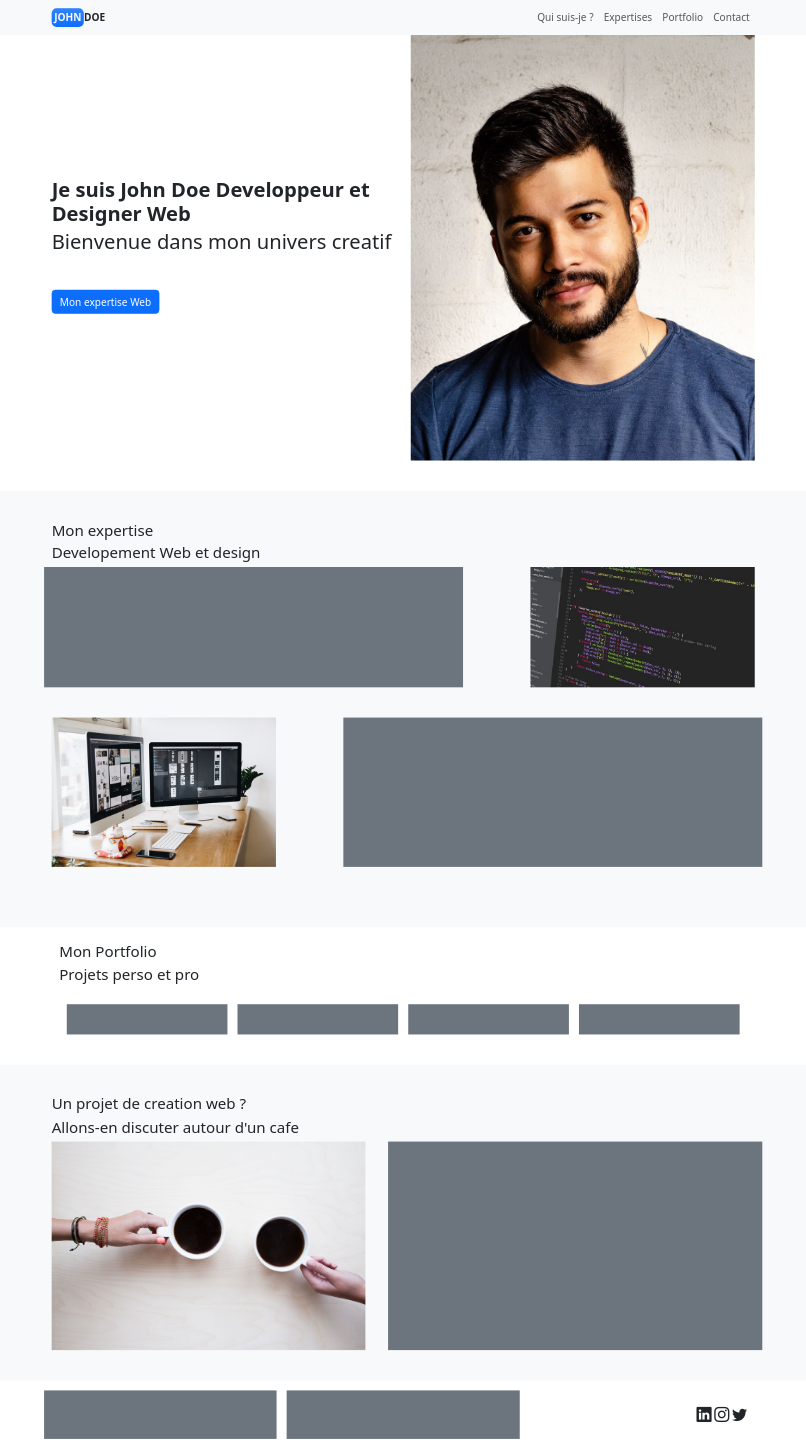
Repository: wadelfadill/Bootstrap_tache_1_portfolio
Page: index.html
The author's editor kept a copy of each file at every save. The page is drawn from the files as they stood at one save, then again after the next save.
The browser window is 1280 px wide. The pictures show the whole page, at 63% of full size.
Some web libraries are served in a nearby version.

Above is the page before, as saved 2023-03-28 12:43:13.

### index.html
<!DOCTYPE html>
<html lang="en">
<head>
    <meta charset="UTF-8">
    <meta http-equiv="X-UA-Compatible" content="IE=edge">
    <meta name="viewport" content="width=device-width, initial-scale=1.0">
    <title>Portfolio_Bootstrap</title>
    <link href="https://cdn.jsdelivr.net/npm/bootstrap@5.3.0-alpha2/dist/css/bootstrap.min.css" rel="stylesheet" integrity="sha384-aFq/bzH65dt+w6FI2ooMVUpc+21e0SRygnTpmBvdBgSdnuTN7QbdgL+OapgHtvPp" crossorigin="anonymous">
    <link rel="stylesheet" href="https://cdn.jsdelivr.net/npm/bootstrap-icons@1.5.0/font/bootstrap-icons.css">
    <link rel="stylesheet" href="https://cdnjs.cloudflare.com/ajax/libs/font-awesome/5.15.4/css/all.min.css" integrity="sha512-1ycn6IcaQQ40/MKBW2W4Rhis/DbILU74C1vSrLJxCq57o941Ym01SwNsOMqvEBFlcgUa6xLiPY/NS5R+E6ztJQ==" crossorigin="anonymous" referrerpolicy="no-referrer" />
    <link rel="stylesheet" href="style.css">
    <!-- Font Awesome -->
    <script src="https://kit.fontawesome.com/14273d579a.js" crossorigin="anonymous"></script>
</head>
<body>
    <header>
        <nav class="navbar navbar-expand-md bg-light navbar-light container-fluid fixed-top">
            <div class="container">
                <a href="/index.html" class="nav-brand text-uppercase fw-bolder link-dark link-underline-opacity-0">
                    <span class="bg-primary bg-gradient p-1 rounded-3 text-light">JOHN</span>DOE
                </a>
                <button class="navbar-toggler" type="button" data-bs-toggle="collapse" data-bs-target="#navbarNav" aria-controls="navbarNav" aria-expanded="false" aria-label="Toggle navigation">
                    <span class="navbar-toggler-icon"></span>
                </button>
                <div class="collapse navbar-collapse justify-content-end" id="navbarNav">
                    <ul class="navbar-nav">
                        <li class="nav-item">
                            <a class="nav-link" href="#johndoe">Qui suis-je ?</a>
                        </li>
                        <li class="nav-item">
                            <a class="nav-link" href="#expertise">Expertises</a>
                        </li>
                        <li class="nav-item">
                            <a class="nav-link" href="#portfolio">Portfolio</a>
                        </li>
                        <li class="nav-item">
                            <a class="nav-link" href="#contact">Contact</a>
                        </li>
                    </ul>
                </div>
            </div>
        </nav>
    </header>
    <main>
        <section class="my-5">
            <div class="container">
                <div class="row gy-4 gy-md-0 align-items-center">
                    <div class="col-12 col-md-6 py-5 py-md-0">
                        <p class="h2 fw-bold">Je suis John Doe Developpeur et Designer Web</p>
                        <p class="h2 fw-light">Bienvenue dans mon univers creatif</p>
                        <a class="btn btn-primary mt-5" href="#expertise" role="button">Mon expertise Web</a>

                    </div>
                    <div class="col-12 col-md-6">
                        <img src="img/portrait.jpg" alt="profile de Jhon Doe" class="w-100">
                    </div>
                </div>
            </div>
        </section>
        <section>
            <div class="container-fluid bg-light py-5 mt-5">
                <div class="container">
                 <p class="h4 .fs-3 .fs-md-2" id="expertise">Mon expertise</p>
                 <p class="h4 .fs-3 .fs-md-2">Developement Web et design</p>
                <div class="row gy-4 gy-md-0">
                    <div class="col-12 col-md-7 bg-secondary p-5">

                    </div>
                    <div class="col-12 col-md-4 offset-md-1">
                        <img src="img/code.jpg" alt="" class="w-100">
                    </div>
                </div>
                <div class="row my-5 gy-4 gy-md-0">
                    <div class="col-12 col-md-4">
                        <img src="img/design.jpg" alt="" class="w-100">
                    </div>
                    <div class="col-12 col-md-7 bg-secondary offset-md-1 p-5">

                    </div>
                </div>
             </div>
            </div>

        </section>
        <section class="container">
            <div class="container my-4">
                <p class="h4 .fs-3 .fs-md-2" id="portfolio">Mon Portfolio</p>
                <p class="h4 .fs-3 .fs-md-2">Projets perso et pro</p>
                <div class="row gap-3 p-4">
                    <div class="col-12 col-md bg-secondary py-4"></div>
                    <div class="col-12 col-md bg-secondary py-4"></div>
                    <div class="col-12 col-md bg-secondary py-4"></div>
                    <div class="col-12 col-md bg-secondary py-4"></div>
                </div>
            </div>
        </section>
        <section class="p-5 bg-light">
            <div class="container">
                <p class="h4 .fs-3 .fs-md-2" id="contact">Un projet de creation web ?</p>
                <p class="h4 .fs-3 .fs-md-2">Allons-en discuter autour d'un cafe</p>
                <div class="row gap-4 gy-4 gy-md-0">
                    <div class="col-12 col-md">
                        <img src="img/grab-a-coffee.jpg" class="w-100" alt="">
                    </div>
                    <div class="col-12 col-md bg-secondary p-5"></div>
                </div>
            </div>
        </section>
    </main>
    <footer>
        <div class="container">
            <div class="row gap-3 py-3">
                <div class="col-12 col-md p-4 bg-secondary"></div>
                <div class="col-12 col-md p-4 bg-secondary"></div>
                <div class="col-12 col-md p-4 text-md-end">
                    <a href="#" target="_blank" class="link-dark link-underline-opacity-0">
                        <i class="bi bi-linkedin h4"></i>
                    </a>
                    <a href="#" target="_blank" class="link-dark link-underline-opacity-0">
                        <i class="bi bi-instagram h4"></i>
                    </a>
                    <a href="#" target="_blank" class="link-dark link-underline-opacity-0">
                        <i class="bi bi-twitter h4"></i>
                    </a>
                </div>
            </div>
        </div>
    </footer>
    <script src="https://cdn.jsdelivr.net/npm/bootstrap@5.3.0-alpha2/dist/js/bootstrap.bundle.min.js" integrity="sha384-qKXV1j0HvMUeCBQ+QVp7JcfGl760yU08IQ+GpUo5hlbpg51QRiuqHAJz8+BrxE/N" crossorigin="anonymous"></script>

</body>
</html>

Loaded but not shown: style.css (no stored copy; drawn as an empty file)

After the next save:
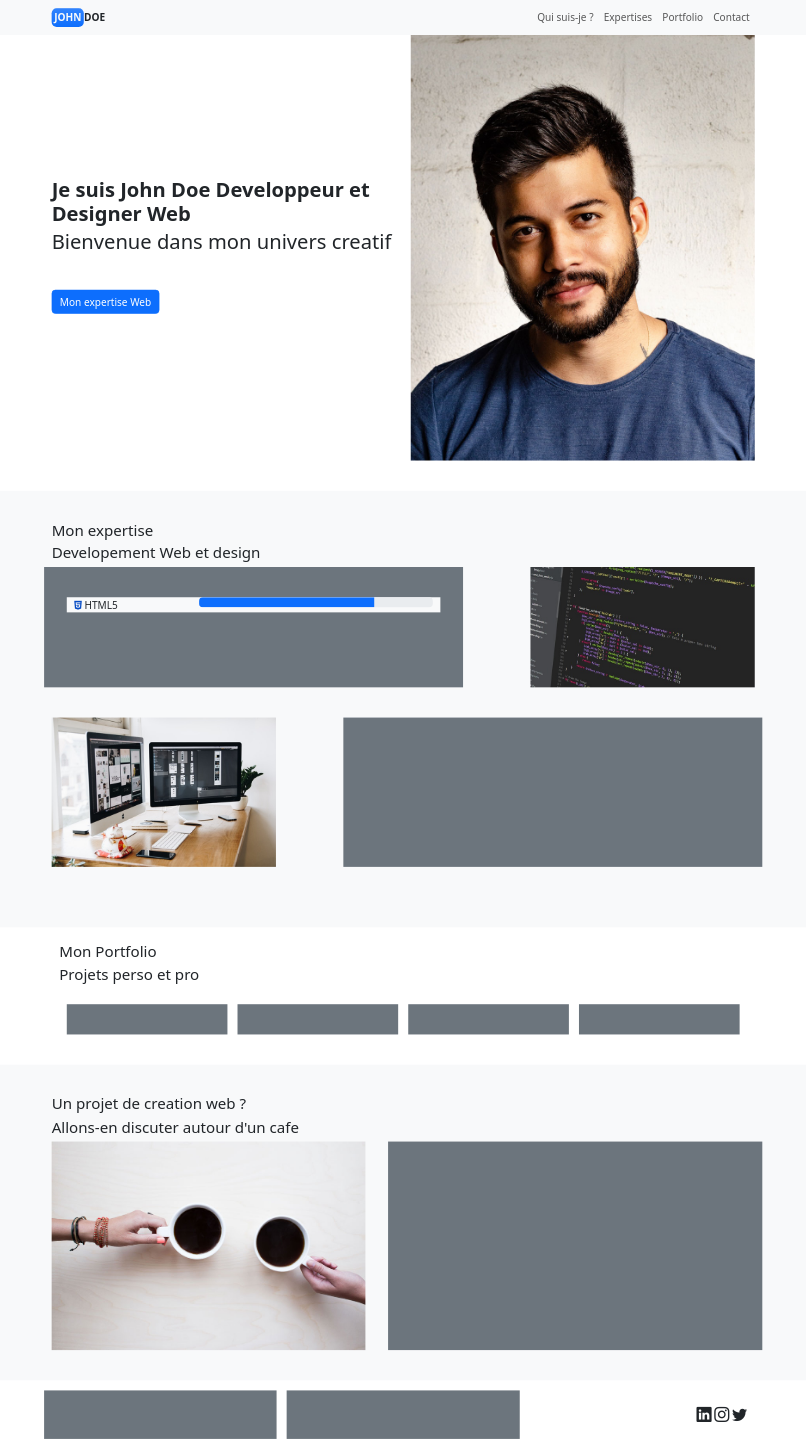
Saved 6 min 57 s later.
--- a/index.html
+++ b/index.html
@@ -64,7 +64,16 @@
                  <p class="h4 .fs-3 .fs-md-2">Developement Web et design</p>
                 <div class="row gy-4 gy-md-0">
                     <div class="col-12 col-md-7 bg-secondary p-5">
-
+                        <div class="row bg-light">
+                            <div class="col-3">
+                                <i class="fa-brands fa-html5" style="color: #044ac3;"></i> HTML5
+                            </div>
+                            <div class="col-8 offset-1">
+                                <div class="progress">
+                                    <div class="progress-bar" role="progressbar" style="width: 75%" aria-valuenow="75" aria-valuemin="0" aria-valuemax="100"></div>
+                                </div>
+                            </div>
+                        </div>
                     </div>
                     <div class="col-12 col-md-4 offset-md-1">
                         <img src="img/code.jpg" alt="" class="w-100">
